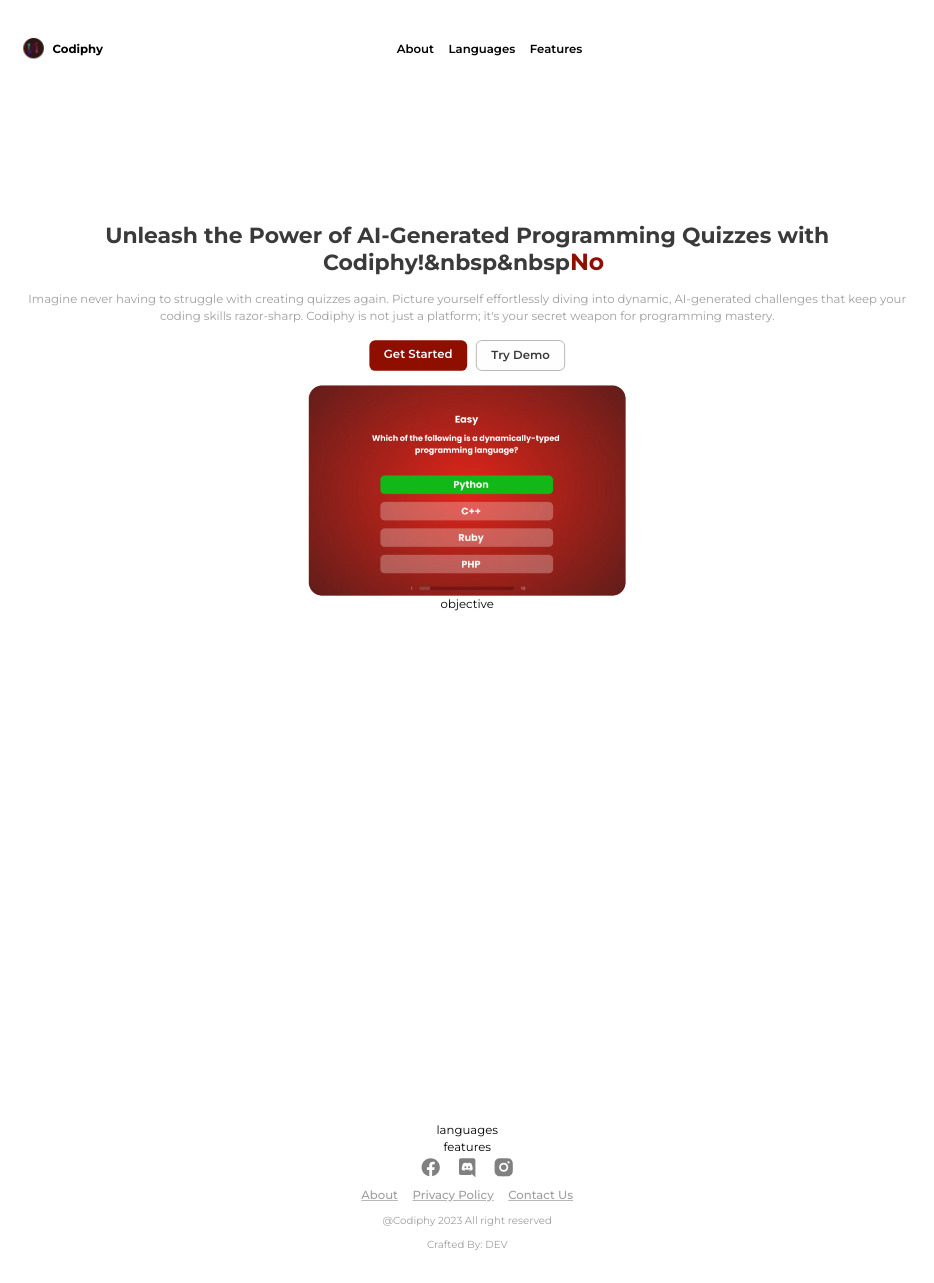
Repository: ddextroo/codiphy
Page: /
An editor plug-in stored every save of this project. The page is shown before and after the next save, followed by the edit.
The browser window is 1280 px wide. The pictures show the whole page, at 73% of full size.
The project was rebuilt for these pictures with package versions that can differ from the ones it lists, and the page was loaded fresh each time. Also part of the build but not shown: vite.config.js, src/pages/auth/login.jsx, src/pages/quiz/demo/demo.jsx.

Above is the page before, as saved 2023-12-07 23:50:36.

### index.html
<!doctype html>
<html lang="en">
  <head>
    <meta charset="UTF-8" />
    <link rel="icon" type="image/svg+xml" href="/src/assets/logo.png" />
    <meta name="viewport" content="width=device-width, initial-scale=1.0" />
    <title>Codiphy</title>
  </head>
  <body>
    <div id="root"></div>
    <script type="module" src="/src/main.jsx"></script>
  </body>
</html>

### src/main.jsx
import React from 'react'
import ReactDOM from 'react-dom/client'
import App from './App.jsx'
import Login from './pages/auth/login.jsx'
import Demo from './pages/quiz/demo/demo.jsx'
import './index.css'
import {
  createBrowserRouter,
  RouterProvider,
} from "react-router-dom";
import "./index.css";
const router = createBrowserRouter([
  {
    path: "/",
    element: <App />,
    errorElement: <Error />,
  },
  {
    path: "/login",
    element: <Login />,
    errorElement: <Error />,
  },
  {
    path: "/demo",
    element: <Demo />,
    errorElement: <Error />,
  },
]);


ReactDOM.createRoot(document.getElementById("root")).render(
  <React.StrictMode>
    <RouterProvider router={router} />
  </React.StrictMode>
);

### src/App.jsx
// Importing modules
import React, { useState, useEffect } from "react";
import "./App.css";
import Nav from './pages/landing/nav';
import Hero from './pages/landing/hero';
import Objective from './pages/landing/objective';
import Languages from './pages/landing/languages';
import Features from './pages/landing/features';
import Footer from './pages/landing/footer';

function App() {

  return (
    <div className="App font-montserrat">
      <header className="App-header h-40 md:h-16">
        <Nav/>
      </header>
      <Hero/>
      <Objective/>
      <Languages/>
      <Features/>
      <Footer/>
    </div>
  );
}

export default App;

### src/index.css
@import url('https://fonts.googleapis.com/css2?family=Montserrat:wght@300;400;500;600;700&display=swap');
@tailwind base;
@tailwind components;
@tailwind utilities;


@layer base {
  html {
    @apply scroll-smooth;
  }

}

body {
  margin: 0;
  font-family: -apple-system, BlinkMacSystemFont, 'Segoe UI', 'Roboto', 'Oxygen',
    'Ubuntu', 'Cantarell', 'Fira Sans', 'Droid Sans', 'Helvetica Neue',
    sans-serif;
  -webkit-font-smoothing: antialiased;
  -moz-osx-font-smoothing: grayscale;
}

code {
  font-family: source-code-pro, Menlo, Monaco, Consolas, 'Courier New',
    monospace;
}

### src/App.css
#root {
  max-width: 1280px;
  margin: 0 auto;
  padding: 2rem;
  text-align: center;
}

.logo {
  height: 6em;
  padding: 1.5em;
  will-change: filter;
  transition: filter 300ms;
}
.logo:hover {
  filter: drop-shadow(0 0 2em #646cffaa);
}
.logo.react:hover {
  filter: drop-shadow(0 0 2em #61dafbaa);
}

@keyframes logo-spin {
  from {
    transform: rotate(0deg);
  }
  to {
    transform: rotate(360deg);
  }
}

@media (prefers-reduced-motion: no-preference) {
  a:nth-of-type(2) .logo {
    animation: logo-spin infinite 20s linear;
  }
}

.card {
  padding: 2em;
}

.read-the-docs {
  color: purple;
}

### src/pages/landing/nav.jsx
import { useState } from "react";
import Hamburger from "hamburger-react";
import Logo from "./../../assets/logo.png";

function nav() {
  const [isOpen, setOpen] = useState(false);

  return (
    <nav>
      <div className="flex flex-row justify-between space-x-5">
        <div className="font-bold flex flex-row items-end justify-end gap-3">
          <img src={Logo} className="w-7 h-7"></img>
          Codiphy
        </div>
        <div className="hidden justify-center space-x-5 md:flex md:flex-row items-end">
          <div className="font-semibold cursor-pointer hover:text-colorAccent">
            About
          </div>
          <div className="font-semibold cursor-pointer hover:text-colorAccent">
            Languages
          </div>
          <div className="font-semibold cursor-pointer hover:text-colorAccent">
            Features
          </div>
        </div>
        <div className="visible md:invisible">
          <Hamburger
            size={20}
            color="#3a3a3a"
            toggled={isOpen}
            toggle={setOpen}
            easing="ease-in"
          />
        </div>
      </div>
    </nav>
  );
}

export default nav;

### src/pages/landing/hero.jsx
import React from "react";
import Preview from "./../../assets/hero_preview.png";
import { Outlet, Link } from "react-router-dom";
import { TypeAnimation } from 'react-type-animation';


function hero() {
  return (
    <div className="min-h-screen max-h-full flex flex-col justify-end ">
      <div className="flex flex-col justify-center items-center">
        <div className="text-3xl text-primaryDark font-bold mb-5 text-center">
          Unleash the Power of AI-Generated Programming Quizzes with Codiphy!&nbsp&nbsp
          <TypeAnimation
            sequence={[
              // Same substring at the start will only be typed out once, initially
              "Code Made Simple",
              1000, // wait 1s before replacing "Mice" with "Hamsters"
              "Now Enhanced with AI",
            ]}
            wrapper="span"
            speed={30}
            style={{ fontSize: "2rem", display: "inline-block" }}
            repeat={Infinity}
           className="text-colorAccent"/>
        </div>
        <div className="text-ls text-gray">
          Imagine never having to struggle with creating quizzes again. Picture
          yourself effortlessly diving into dynamic, AI-generated challenges
          that keep your coding skills razor-sharp. Codiphy is not just a
          platform; it's your secret weapon for programming mastery.
        </div>
        <div className="flex flex-row space-x-3 mt-5 mb-5">
          <div className="rounded-lg bg-colorAccent text-primaryLight px-5 py-2 font-semibold cursor-pointer">
            <Link to="/login">Get Started</Link>
          </div>
          <div className="rounded-lg bg-primaryLight text-primaryDark border border-solid border-gray px-5 py-2 font-semibold cursor-pointer hover:bg-colorAccent hover:text-primaryLight">
            <Link to="/demo">Try Demo</Link>
          </div>
        </div>
        <img src={Preview} className="w-auto h-72"></img>
      </div>
      <Outlet />
    </div>
  );
}

export default hero;

### src/pages/landing/objective.jsx
import React from 'react'

function objective() {
  return (
    <div className='min-h-screen'>objective</div>
  )
}

export default objective

### src/pages/landing/languages.jsx
import React from 'react'

function languages() {
  return (
    <div>languages</div>
  )
}

export default languages

### src/pages/landing/features.jsx
import React from 'react'

function features() {
  return (
    <div>features</div>
  )
}

export default features

### src/pages/landing/footer.jsx
import React from 'react'
import { RiFacebookCircleFill } from "react-icons/ri";
import { RiDiscordFill } from "react-icons/ri";
import { RiInstagramFill } from "react-icons/ri";

function footer() {
    return (
        <div>
            <div className='flex flex-row justify-center space-x-5'>
                <RiFacebookCircleFill size={30} color='gray'/>
                <RiDiscordFill size={30} color='gray'/>
                <RiInstagramFill size={30} color='gray'/>
            </div>
            <div className='flex flex-row justify-center space-x-5 mt-3'>
                <div className='text-md font-medium underline text-gray cursor-pointer'>About</div>
                <div className='text-md font-medium underline text-gray cursor-pointer'>Privacy Policy</div>
                <div className='text-md font-medium underline text-gray cursor-pointer'>Contact Us</div>
            </div>
            <div className='text-gray text-sm my-3'>@Codiphy 2023 All right reserved</div>
            <div className='text-gray text-sm my-3'>Crafted By: DEV</div>
        </div>

    )
}

export default footer

### tailwind.config.js
const withMT = require("@material-tailwind/react/utils/withMT");

module.exports = withMT({
  content: [
    './src/**/*.{js,jsx,ts,tsx}',
  ],
  theme: {
    extend:
    {
      fontFamily: {
        'montserrat': ['Montserrat', 'sans-serif'],
      },
      colors: {
        'primaryDark': '#3A3A3A',
        'primaryLight': '#FEFEFE',
        'colorAccent': '#8E0E00',
        'gray': '#9E9E9E',
      },
    },
  },
  plugins: [],
});

After the next save:
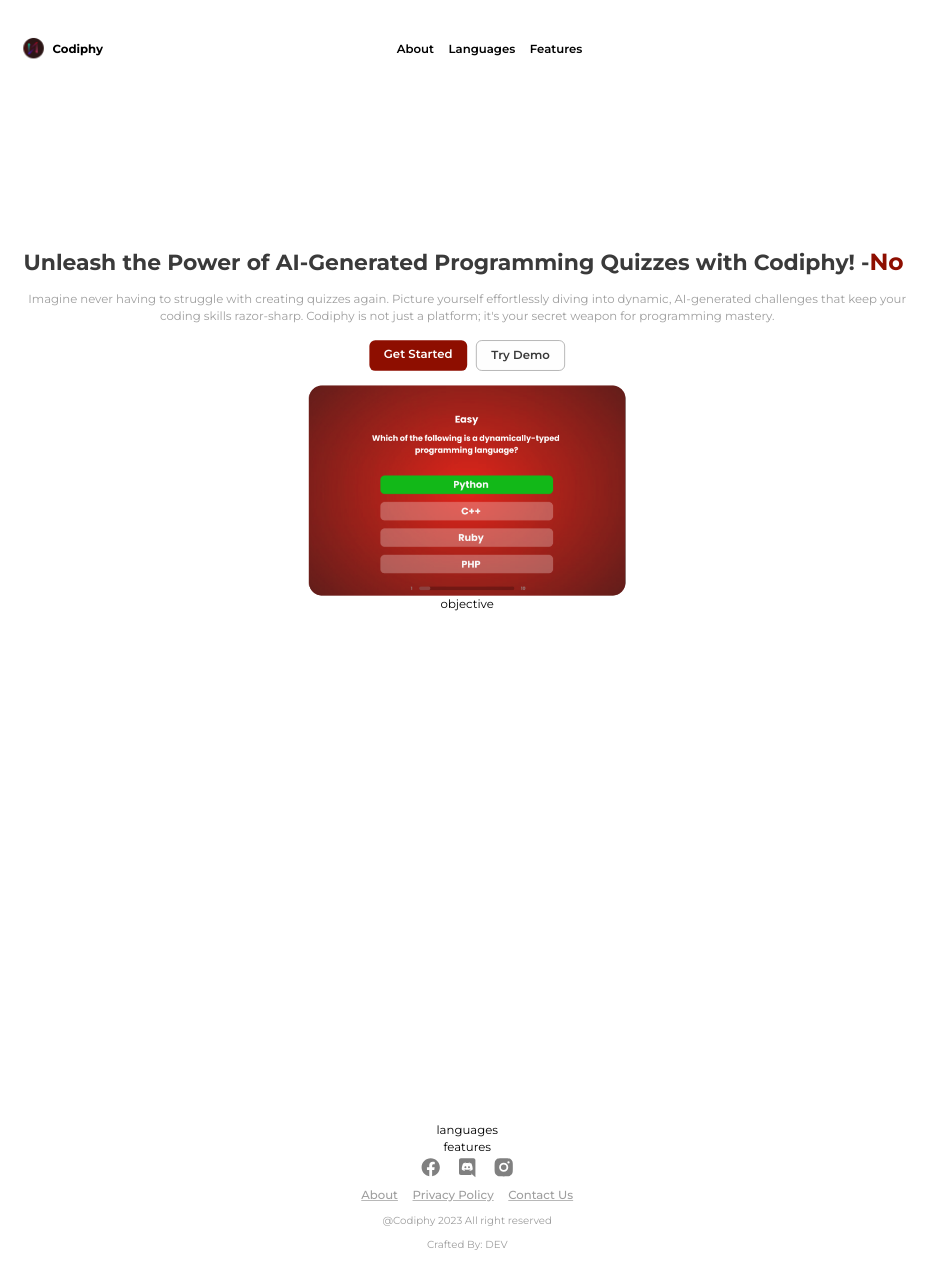
Saved 13 s later.
--- a/src/pages/landing/hero.jsx
+++ b/src/pages/landing/hero.jsx
@@ -9,7 +9,7 @@
     <div className="min-h-screen max-h-full flex flex-col justify-end ">
       <div className="flex flex-col justify-center items-center">
         <div className="text-3xl text-primaryDark font-bold mb-5 text-center">
-          Unleash the Power of AI-Generated Programming Quizzes with Codiphy!&nbsp&nbsp
+          Unleash the Power of AI-Generated Programming Quizzes with Codiphy! -
           <TypeAnimation
             sequence={[
               // Same substring at the start will only be typed out once, initially
